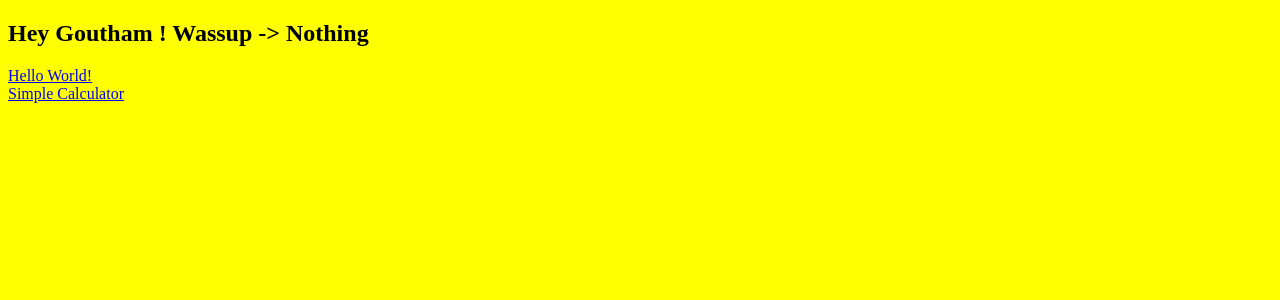
Repository: SaiGouthamVaddi/Visa-Training
Page: mywebapp/src/main/webapp/index.html
These files come from the project's save history. The page is drawn as it stood at one moment and after the next save; the edit follows.
The browser window is 1280 px wide. The pictures show the whole page.

Above is the page before, as saved 2019-07-16 06:27:50.

### mywebapp/src/main/webapp/index.html
<!DOCTYPE html>
<html>
<head>
<meta charset="UTF-8">
<title>V-I-S-A</title>
</head>
<body bgcolor = "yellow">

<h2>Hey Goutham ! Wassup -> Nothing</h2>
<a href=hello>Hello World!</a><br>

<a href = calc.html>Simple Calculator</a><br>

</body>
</html>

After the next save:
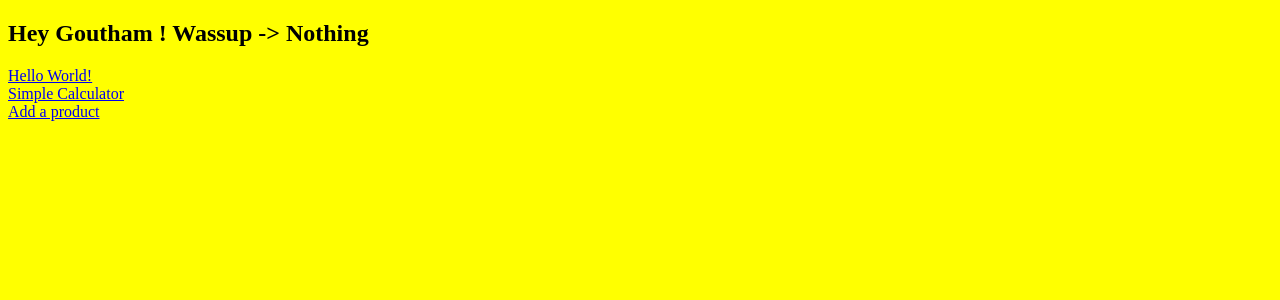
Saved 2 min 7 s later.
--- a/mywebapp/src/main/webapp/index.html
+++ b/mywebapp/src/main/webapp/index.html
@@ -10,6 +10,7 @@
 <a href=hello>Hello World!</a><br>
 
 <a href = calc.html>Simple Calculator</a><br>
+<a href = product.html>Add a product</a><br>
 
 </body>
 </html>
